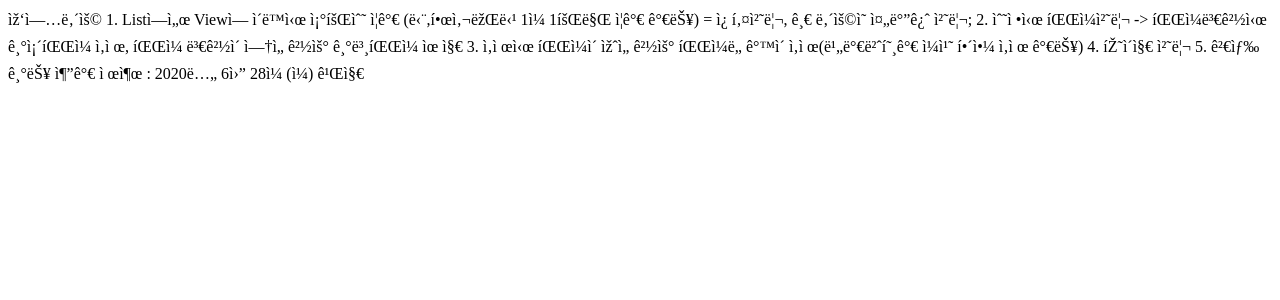
Repository: SeolhwaPark/Spring
Page: http://localhost/exPds/WEB-INF/views/Pds/Memo.jsp
The author's editor kept a copy of each file at every save. The page is drawn from the files as they stood at one save, then again after the next save.
The browser window is 1280 px wide. The pictures show the whole page.
The page is served by Tomcat 9. Nobody is signed in. Other server files are loaded and not shown. The template is opened directly, without the code that normally fills it, so the values that code supplies are empty.

Above is the page before, as saved 2020-06-24 07:34:58.

### exSpring/exPds/src/main/webapp/WEB-INF/views/Pds/Memo.jsp
작업내용
1. List에서 View에 이동시 조회수 증가 (단,한사람당 1일 1회만 증가 가능) = 쿠키처리, 글 내용의 줄바꿈 처리;
2. 수정시 파일처리 -> 파일변경시 기존파일 삭제, 파일 변경이 없을 경우 기본파일 유지
3. 삭제시 파일이 있을 경우 파일도 같이 삭제(비밀번호가 일치 해야 삭제 가능)
4. 페이지 처리
5. 검색 기능 추가

제출 : 2020년 6월 28일 (일) 까지

After the next save:
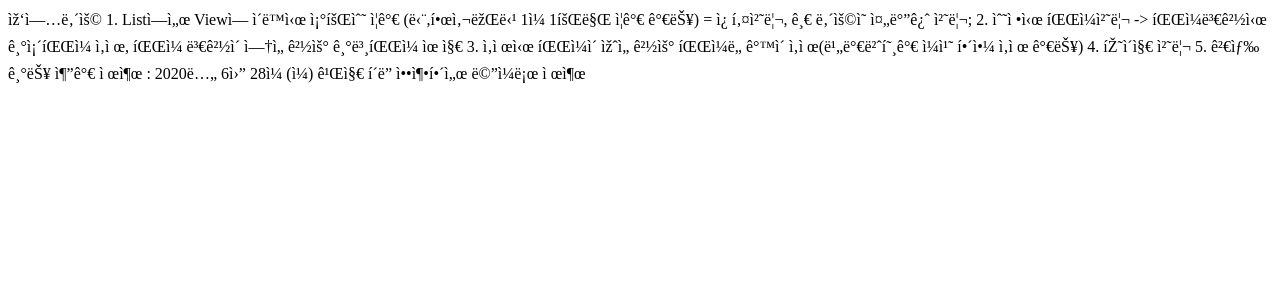
Saved 40 s later.
--- a/exSpring/exPds/src/main/webapp/WEB-INF/views/Pds/Memo.jsp
+++ b/exSpring/exPds/src/main/webapp/WEB-INF/views/Pds/Memo.jsp
@@ -6,3 +6,4 @@
 5. 검색 기능 추가
 
 제출 : 2020년 6월 28일 (일) 까지
+폴더 압축해서 메일로 제출
